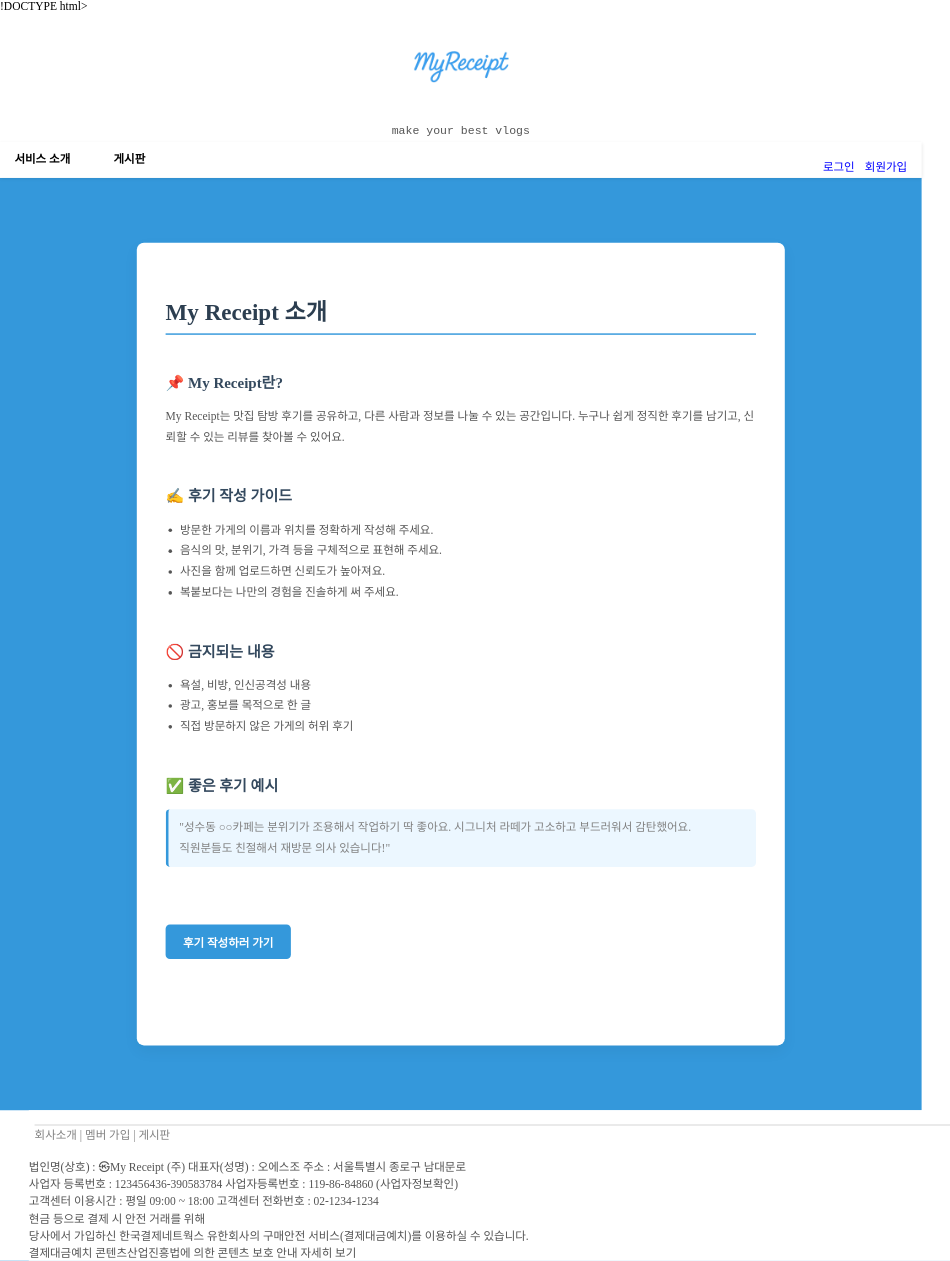
Repository: shong69/mini-project
Page: http://localhost/myReceipt2/intro
These files come from the project's save history. The page is drawn as it stood at one moment and after the next save; the edit follows.
The browser window is 1280 px wide. The page is 1320 px wide, so the pictures cover 1320 px, including what lies to the right of the window. The pictures show the whole page, at 72% of full size.
Some web fonts or font styles are not loaded; a fallback is used. The page is served by Tomcat 10. Other server files are loaded and not shown.

Above is the page before, as saved 2025-05-06 17:50:23.

### jspProject/myReceipt2/src/main/webapp/WEB-INF/views/intro.jsp
<%@ page language="java" contentType="text/html; charset=UTF-8"
    pageEncoding="UTF-8"%>
!DOCTYPE html>
<html>
<head>
<meta charset="UTF-8">
<title>My Receipt</title>
<link rel="stylesheet" type="text/css" href="resources/css/main.css">
 <style>
 main {
 	color:white;
 	}
  .container {
    max-width: 900px;
    margin: 90px auto;
    background: white;
    padding: 70px 40px;
    border-radius: 10px;
    box-shadow: 0 8px 20px rgba(0, 0, 0, 0.05);
  }

  h1 {
    font-size: 2rem;
    color: #2c3e50;
    margin-bottom: 20px;
    border-bottom: 2px solid #3498db;
    padding-bottom: 10px;
  }

  h2 {
    font-size: 1.3rem;
    color: #34495e;
    margin-top: 30px;
    margin-bottom: 20px;
  }
  main section{
  	margin : 50px 0;
  }
  p, li {
    color: #555;
    font-size: 1rem;
    line-height: 1.8;
  }

  ul {
    padding-left: 20px;
  }

  .btn-write {
    display: inline-block;
    padding: 12px 24px;
    background-color: #3498db;
    color: white;
    font-weight: bold;
    border-radius: 6px;
    text-decoration: none;
    margin-top: 30px;
    transition: background-color 0.3s;
  }

  .btn-write:hover {
    background-color: #2b7cb8;
  }

  .highlight {
  	color: gray;
    background: #ecf7ff;
    border-left: 4px solid #3498db;
    padding: 10px 15px;
    margin-top: 10px;
    border-radius: 6px;
    line-height:30px;
  }
 </style>

</head>
<body>
	<jsp:include page="/WEB-INF/views/common/header.jsp"></jsp:include>
	<main>
	 <div class="container">
	    <h1>My Receipt 소개</h1>

	    <section>
	      <h2>📌 My Receipt란?</h2>
	      <p>My Receipt는 맛집 탐방 후기를 공유하고, 다른 사람과 정보를 나눌 수 있는 공간입니다. 누구나 쉽게 정직한 후기를 남기고, 신뢰할 수 있는 리뷰를 찾아볼 수 있어요.</p>
	    </section>

	    <section>
	      <h2>✍️ 후기 작성 가이드</h2>
	      <ul>
	        <li>방문한 가게의 이름과 위치를 정확하게 작성해 주세요.</li>
	        <li>음식의 맛, 분위기, 가격 등을 구체적으로 표현해 주세요.</li>
	        <li>사진을 함께 업로드하면 신뢰도가 높아져요.</li>
	        <li>복붙보다는 나만의 경험을 진솔하게 써 주세요.</li>
	      </ul>
	    </section>

	    <section>
	      <h2>🚫 금지되는 내용</h2>
	      <ul>
	        <li>욕설, 비방, 인신공격성 내용</li>
	        <li>광고, 홍보를 목적으로 한 글</li>
	        <li>직접 방문하지 않은 가게의 허위 후기</li>
	      </ul>
	    </section>

	    <section>
	      <h2>✅ 좋은 후기 예시</h2>
	      <div class="highlight">
	        "성수동 ○○카페는 분위기가 조용해서 작업하기 딱 좋아요. 시그니처 라떼가 고소하고 부드러워서 감탄했어요.
	        <br/>직원분들도 친절해서 재방문 의사 있습니다!"
	      </div>
	    </section>

	    <section>
	      <a href="/board/write" class="btn-write">후기 작성하러 가기</a>
	    </section>
	  </div>

    </main>
	<jsp:include page="/WEB-INF/views/common/footer.jsp"></jsp:include>
</body>
</html>

### jspProject/myReceipt2/src/main/webapp/WEB-INF/views/common/header.jsp
<%@ page language="java" contentType="text/html; charset=UTF-8"
    pageEncoding="UTF-8"%>
<%@ taglib prefix="c" uri="http://java.sun.com/jsp/jstl/core" %>
	<div id="header">
		<a href="/myReceipt2/index"><img src="resources/imgs/logo.png" style="width:150px;"/></a>
		<p style="font-family: 'Courier New', Courier, monospace;">make your best vlogs</p>
	</div>
	<div id="nav-bar">
		<div id="menu">
			<a href="/myReceipt2/intro">서비스 소개</a>
			<a href="/myReceipt2/board">게시판</a>
		</div>
		<div id="loginSt">
			<c:choose>
				<c:when test="${not empty sessionScope.loginMember} ">
					<p>%{sessionScope.loginMember.nickName}님이 로그인 중</p>
					<a href="/myReceipt2/logout">로그아웃</a>

				</c:when>
				<c:otherwise>
					<a href="/myReceipt2/login">로그인</a>
					<a href="/myReceipt2/sign">회원가입</a>
				</c:otherwise>
			</c:choose>
		</div>

	</div>

### jspProject/myReceipt2/src/main/webapp/WEB-INF/views/common/footer.jsp
<%@ page language="java" contentType="text/html; charset=UTF-8"
    pageEncoding="UTF-8"%>
	<footer class="footer">
	    <section>
	        <div class="footer-nav">
	            <a href="/">회사소개 |</a>
	            <a href="/signup">멤버 가입 |</a>
	            <a href="/">게시판</a>
	        </div>
	    </section>
	    <section>
	        <div>
	            법인명(상호) : ㉿My Receipt (주) 대표자(성명) : 오에스조 주소 : 서울특별시 종로구 남대문로 <br>
	            사업자 등록번호 : 123456436-390583784  사업자등록번호 : 119-86-84860 (사업자정보확인)<br>
	            고객센터 이용시간 : 평일 09:00 ~ 18:00  고객센터 전화번호 : 02-1234-1234
	        </div>

	        <div>
	            현금 등으로 결제 시 안전 거래를 위해<br>
	            당사에서 가입하신 한국결제네트웍스 유한회사의 구매안전 서비스(결제대금예치)를 이용하실 수 있습니다.<br>
	            결제대금예치 콘텐츠산업진흥법에 의한 콘텐츠 보호 안내 자세히 보기
	        </div>
	    </section>
	</footer>

### jspProject/myReceipt2/src/main/java/com/project/jsp/controller/IndexController.java
package com.project.jsp.controller;

import java.io.IOException;

import jakarta.servlet.ServletException;
import jakarta.servlet.http.HttpServlet;
import jakarta.servlet.http.HttpServletRequest;
import jakarta.servlet.http.HttpServletResponse;

public class IndexController extends HttpServlet{
	@Override
	protected void doGet(HttpServletRequest req, HttpServletResponse resp) throws ServletException, IOException {
        String path = req.getServletPath(); // 요청 URL 패턴을 얻음

        if ("/index".equals(path)) {
        	req.getRequestDispatcher("/WEB-INF/views/index.jsp").forward(req, resp);
        } else if ("/intro".equals(path)) {
        	req.getRequestDispatcher("/WEB-INF/views/intro.jsp").forward(req, resp);
        } else {
        	resp.sendError(HttpServletResponse.SC_NOT_FOUND);
        }
	}

}

### jspProject/myReceipt2/src/main/webapp/resources/css/main.css
* {
	box-sizing: border-box;
	padding: 0;
	margin: 0;
	font-family: 'main';
}
/* 메인 폰트 */
@font-face {
	font-family: 'main';
	src:
		url('https://fastly.jsdelivr.net/gh/Project-Noonnu/noonfonts_2107@1.1/Pretendard-Regular.woff')
		format('woff');
	font-style: normal;
	font-weight: 400;
}

/*header*/
#header {
	width: 100%;
	text-align: center;
}

#header>div:first-child {
	margin-bottom: 15px;
}

#nav-bar {
	line-height: 50px;
	height: 50px;
	position: sticky;
	top: 0;
	left: 0;
	background-color: white;
	z-index: 1000;
	box-shadow: 0 2px 5px rgba(0, 0, 0, 0.1);
}

#loginSt {
	position: absolute;
	top: 10px;
	right: 20px;
}

#loginSt a {
	margin-left: 10px;
	color: blue;
	text-decoration: none;
}

#menu {
	display: flex;
	gap: 20px;
}

#menu a {
	text-decoration: none;
	color: black;
	font-weight: bold;
	padding: 0 20px;
	position: relative;
	overflow: hidden;
	transition: background-color 0.5s ease;
}

#menu a:hover {
	background-color: #335085;
	animation-duration: 2s;
	color: whitesmoke;
}

main {
	background-color: #3498db;
	display: flex;
	flex-direction: column;
	align-items: center;
	min-height:500px;
}

.section-title {
	font-size: 3.5rem;
	margin: 100px 0 70px 0;
}

#carousel {
	width: 90%;
	height: 300px;
	background-color: #ddd;
	margin-top: 20px;
}
/*footer*/
.footer {
	background-color: white;
	width: 100%;
	height: auto;
	display: flex;
	flex-direction: column;
	padding-top: 20px;
	margin: 0 40px;
}

.footer>section:first-child {
	border-top: 1px solid #c5c5c5;
	display: flex;
	flex-direction: row;
	margin-left: 8px;
}

.footer>section a {
	color: gray;
	text-decoration: none;
}

.footer>section:nth-child(2) {
	padding-top: 20px;
	color: rgb(83, 83, 83);
}

After the next save:
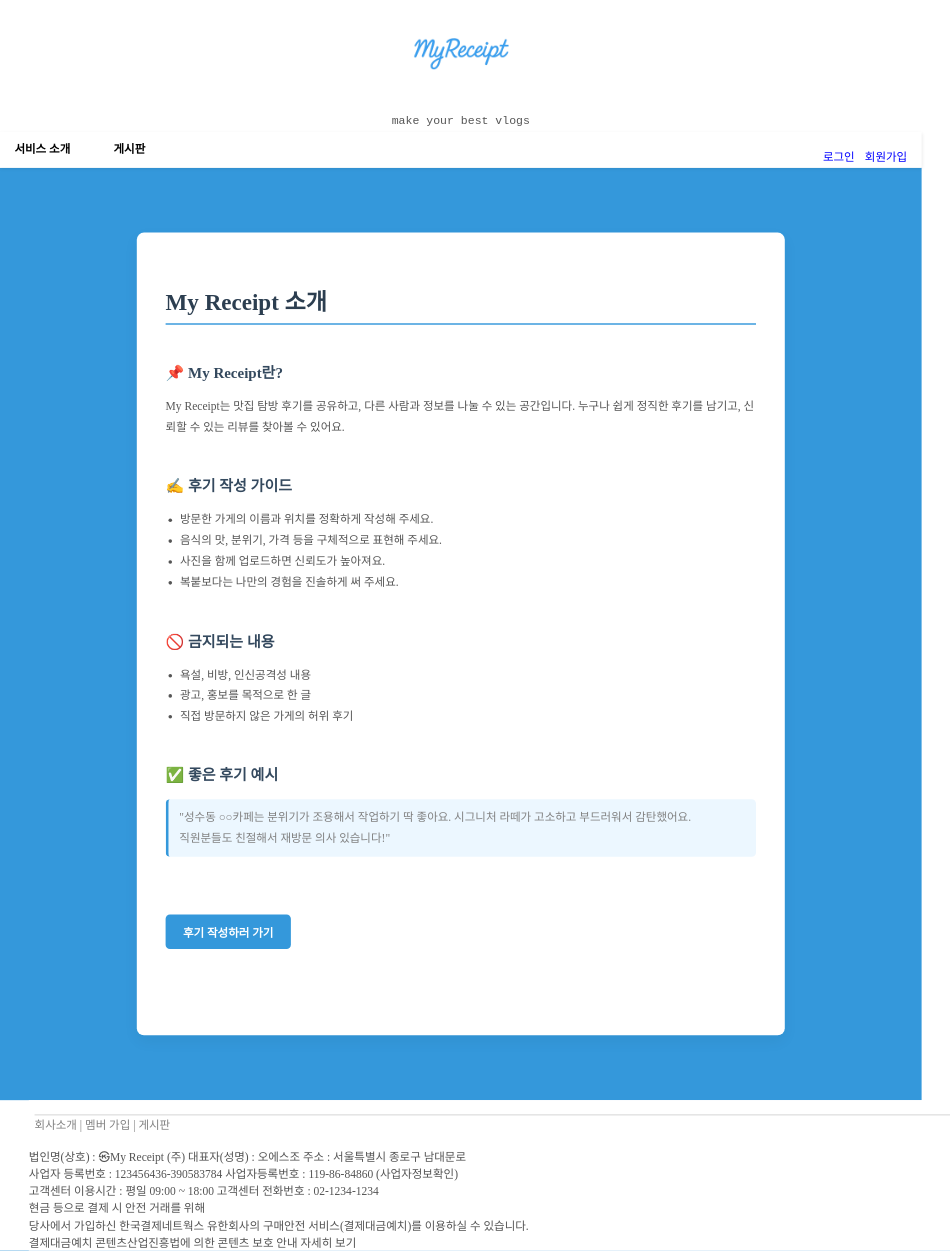
Saved 30 s later.
--- a/jspProject/myReceipt2/src/main/webapp/WEB-INF/views/intro.jsp
+++ b/jspProject/myReceipt2/src/main/webapp/WEB-INF/views/intro.jsp
@@ -1,6 +1,6 @@
 <%@ page language="java" contentType="text/html; charset=UTF-8"
     pageEncoding="UTF-8"%>
-!DOCTYPE html>
+<!DOCTYPE html>
 <html>
 <head>
 <meta charset="UTF-8">
